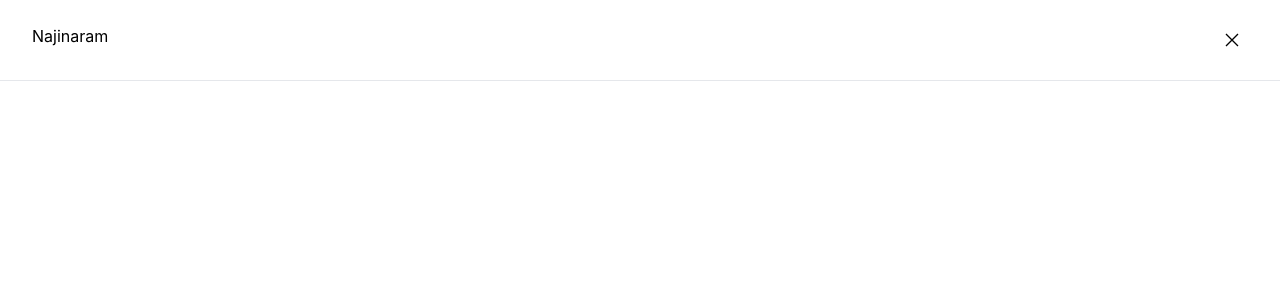
Repository: MuniruIssah/campushostels
Page: /test
An editor plug-in stored every save of this project. The page is shown before and after the next save, followed by the edit.
The browser window is 1280 px wide. The pictures show the whole page.
Some web fonts or font styles are not loaded; a fallback is used. The project was rebuilt for these pictures with package versions that can differ from the ones it lists, and the page was loaded fresh each time. Also part of the build but not shown: src/App.css, src/contexts/HostelContext.js, src/components/Header.js, src/contexts/CampusContext.js, src/components/Map.js, src/components/Sidebar.js, src/pages/Home.js, src/components/About.js and 8 more.

Above is the page before, as saved 2022-02-24 21:13:19.

After the next save:
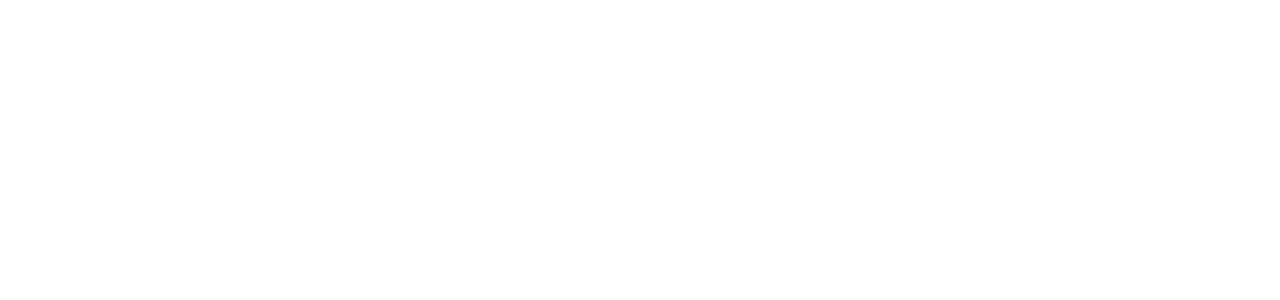
Saved 7 s later.
--- a/src/components/Modal.js
+++ b/src/components/Modal.js
@@ -8,7 +8,7 @@
   }, [open]);
   return (
     <div
-      className="w-screen h-screen bg-white z-50 fixed top-0 left-0" style={{visibility:""}}    >
+      className="w-screen h-screen bg-white z-50 fixed top-0 left-0" style={{visibility:"collapse"}}    >
       <div className="py-6 flex justify-between border-b border-gray-200 px-4 md:px-8">
         <span className="">{title}</span>
         <button

After the 2 saves that followed:
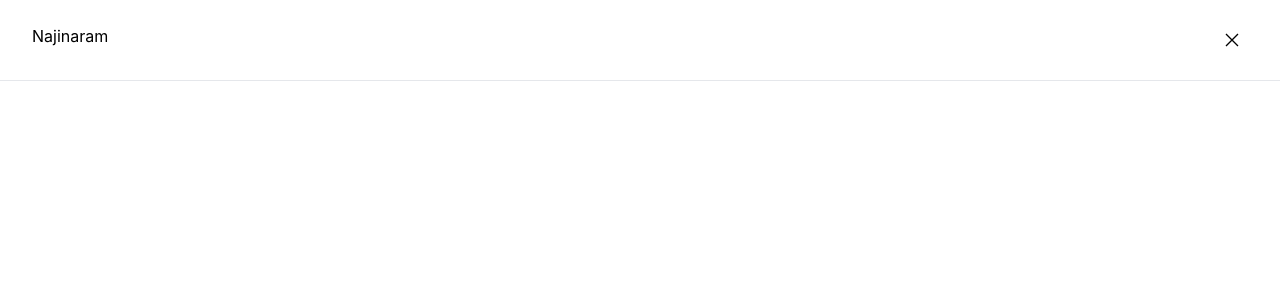
The 2 saves are shown as one change because they came seconds apart.
The last was saved 9 s later.
--- a/src/components/Modal.js
+++ b/src/components/Modal.js
@@ -8,7 +8,7 @@
   }, [open]);
   return (
     <div
-      className="w-screen h-screen bg-white z-50 fixed top-0 left-0" style={{visibility:"collapse"}}    >
+      className="w-screen h-screen bg-white z-50 fixed top-0 left-0" style={{visibility:""}}    >
       <div className="py-6 flex justify-between border-b border-gray-200 px-4 md:px-8">
         <span className="">{title}</span>
         <button
